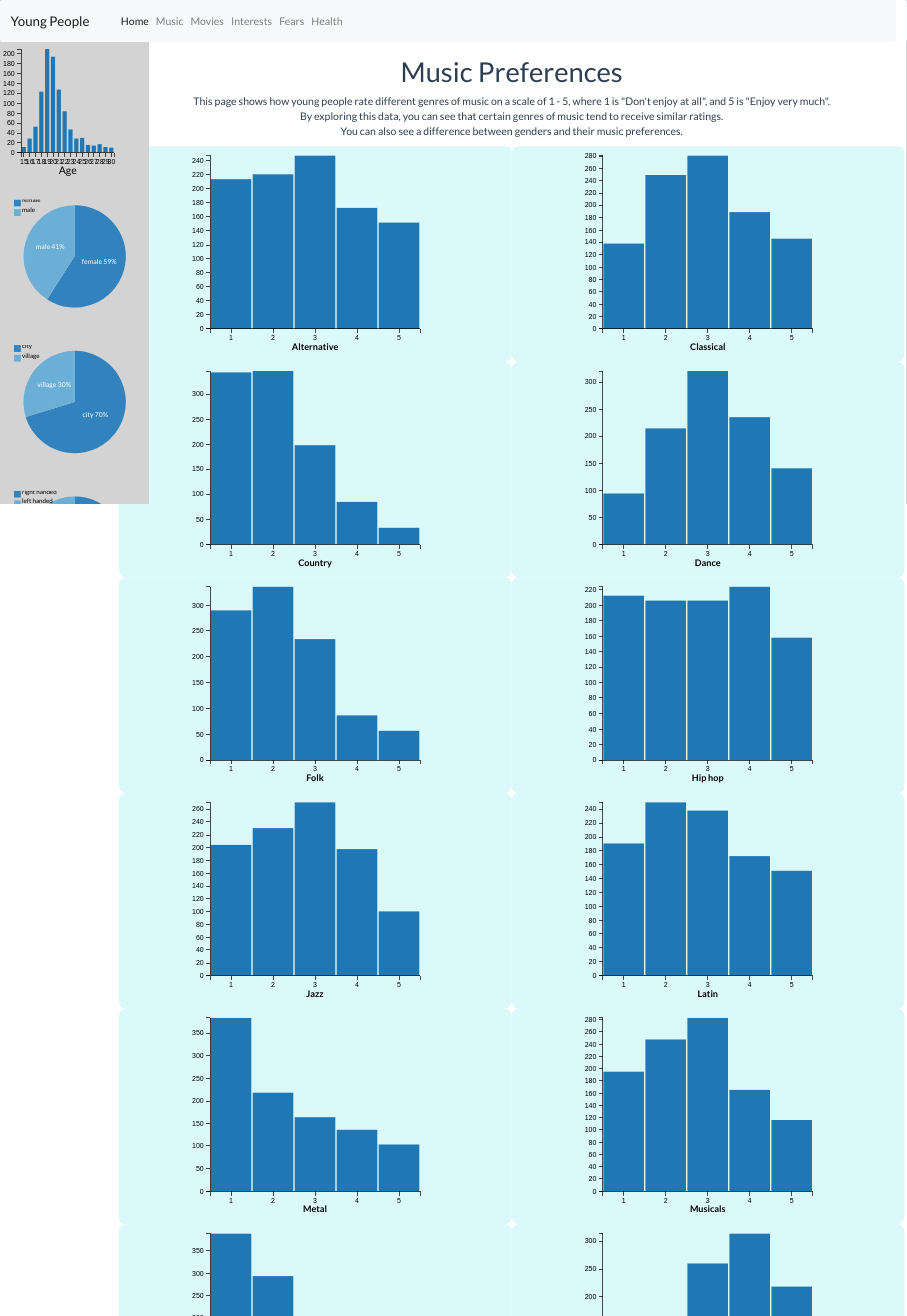
Repository: BrendanMolloy/milestone2
Page: music.html
The author's editor kept a record of every edit. The page is drawn from the files as they stood at one moment, then again after the next edit.
The browser window is 1280 px wide. The page is 1295 px wide, so the pictures cover 1295 px, including what lies to the right of the window. The pictures show the part of the page from y = 0 to 1880 px (the page is 2674 px tall), at 70% of full size.

Above is the page before.

After the next edit:
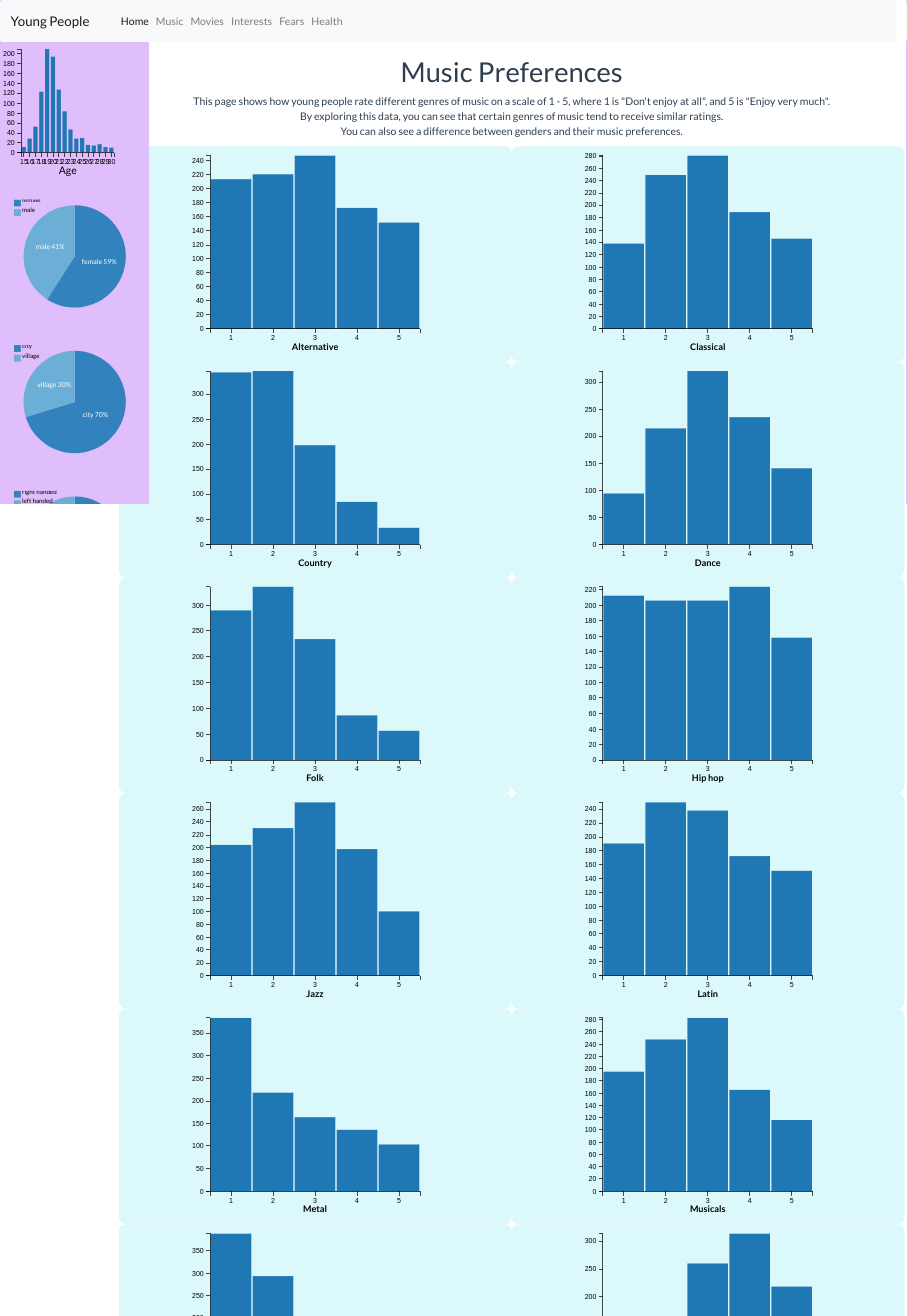
The edit:
--- a/css/style.css
+++ b/css/style.css
@@ -42,7 +42,7 @@
   top: 0;
   /* Stay at the top */
   left: 0;
-  background-color: #D3D3D3;
+  background-color: #DFBEFB;
   /* Light Grey */
   overflow-x: hidden;
   /* Disable horizontal scroll */
